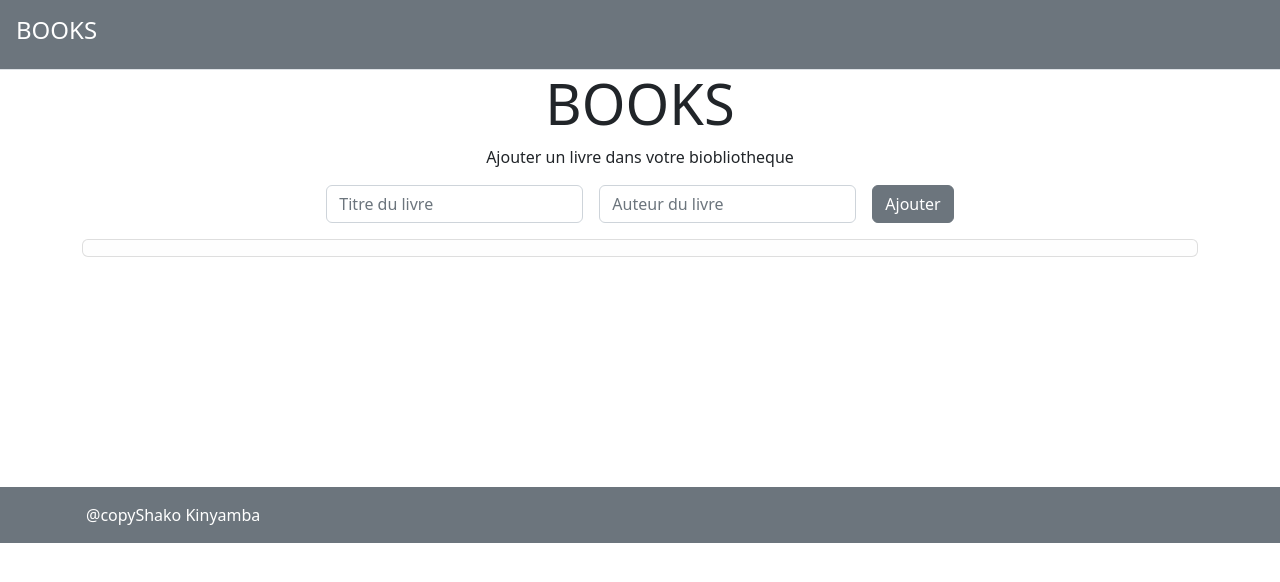
Repository: SKB-TECH/Books
Page: /
These files come from the project's save history. The page is drawn as it stood at one moment and after the next save; the edit follows.
The browser window is 1280 px wide. The pictures show the whole page.
The project was rebuilt for these pictures with package versions that can differ from the ones it lists, and the page was loaded fresh each time. Also part of the build but not shown: vite.config.js.

Above is the page before, as saved 2022-11-09 16:13:34.

After the next save:
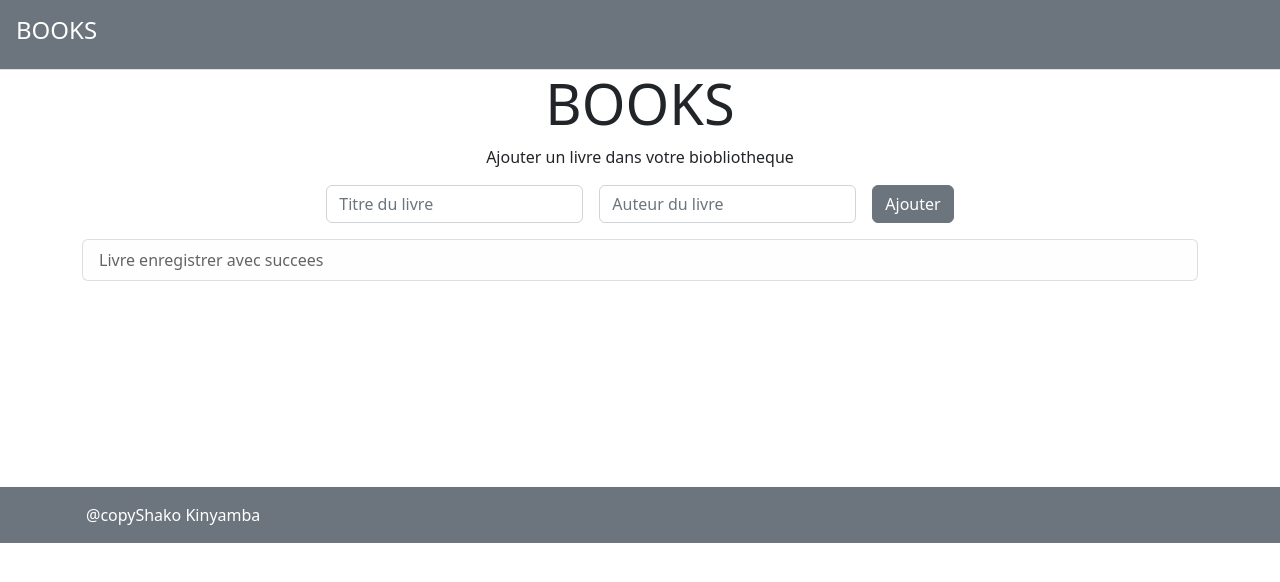
Saved 28 s later.
--- a/src/Containers/AddBooks.jsx
+++ b/src/Containers/AddBooks.jsx
@@ -31,7 +31,7 @@ const AddBooks = () => {
                     <div className='col-md-12'>
                         <ul className='list-group'>
                             <li className='list-group-item list-group-item-light d-flex justify-content-between'>
-
+                                Livre enregistrer avec succees
                             </li>
                         </ul>
                     </div>
